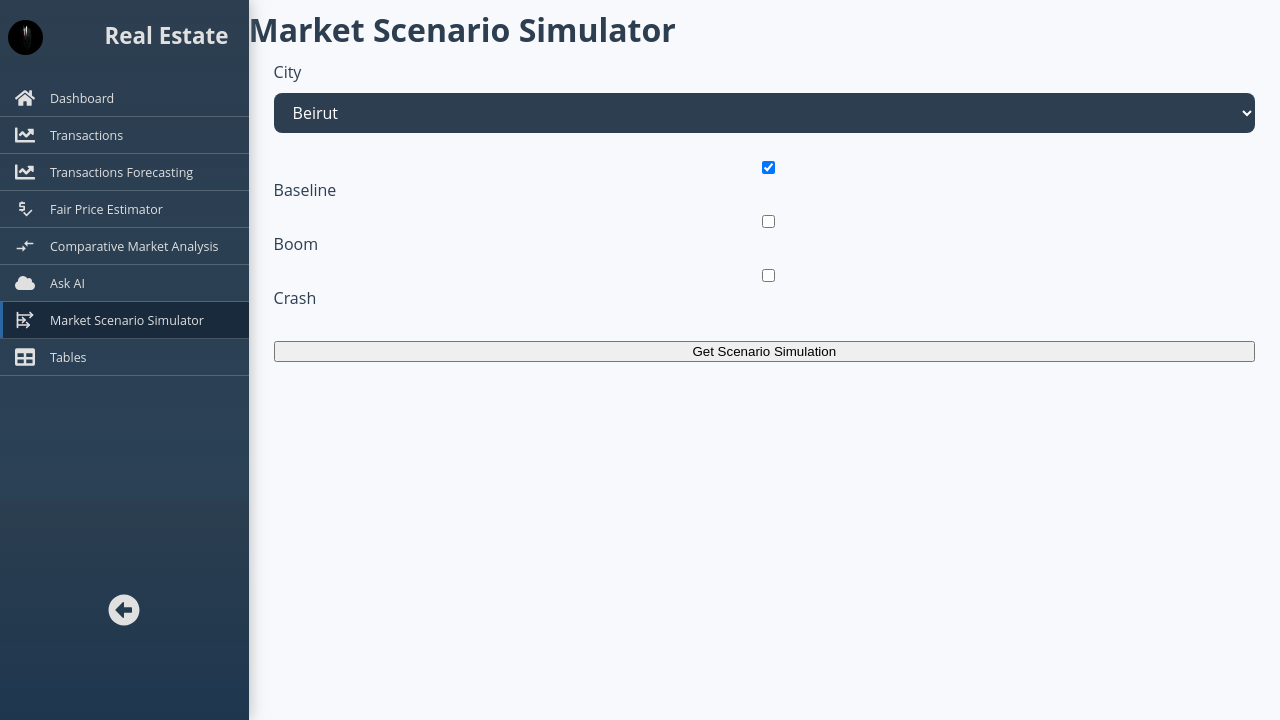
Repository: ZainabJammal/real-estate-system
Page: /market_simulator (app in frontend/)
The author's editor kept a copy of each file at every save. The page is drawn from the files as they stood at one save, then again after the next save.
The browser window is 1280 px wide. The pictures show the whole page.
An inner scrolling area shows only its first screen. The project was rebuilt for these pictures with package versions that can differ from the ones it lists, and the page was loaded fresh each time. Also part of the build but not shown: frontend/vite.config.js, frontend/src/Components/CustomCard/Custom.css, frontend/src/Components/CustomCard/Custom.jsx, frontend/src/Components/BarChart/BarChartComponent.css, frontend/src/Components/BarChart/BarChartComponent.jsx, frontend/src/Components/MainCard/MainCard.css, frontend/src/Components/MainCard/MainCard.jsx, frontend/src/Functions/apiLogic.js and 18 more.

Above is the page before, as saved 2025-08-09 20:38:07.

### frontend/index.html
<!DOCTYPE html>
<html lang="en">
  <head>
    <meta charset="UTF-8" />
    <link rel="icon" type="image/svg+xml+png+jpg" href="./src/images/2.png" />
    <link
      rel="stylesheet"
      href="https://unpkg.com/leaflet@1.9.4/dist/leaflet.css"
      integrity="sha256-p4NxAoJBhIIN+hmNHrzRCf9tD/miZyoHS5obTRR9BMY="
      crossorigin=""
    />
    <meta name="viewport" content="width=device-width, initial-scale=1.0" />
    <title>Real Estate</title>

  </head>
  <body>
    <div id="root"></div>
    <script type="module" src="/src/main.jsx"></script>
    <script
      src="https://unpkg.com/leaflet@1.9.4/dist/leaflet.js"
      integrity="sha256-20nQCchB9co0qIjJZRGuk2/Z9VM+kNiyxNV1lvTlZBo="
      crossorigin=""
    ></script>
  </body>
</html>

### frontend/src/index.css
:root {
  /* Primary Colors */
  --primary-deep-blue: #2c3e50;
  --primary-deep-blue-p: #1d364ef0;
  --primary-cool-gray: #95a5a6;

  /* Secondary Colors */
  --secondary-emerald-green: #358f5a78;
  --secondary-amber-gold: #f1c71e;
  --secondary-light-navy: #2a67a4a1;

  /* Background Colors */
  --background-soft-white: #dde3e3;
  --background-light-gray-f: #ccced0;
  --background-light-gray-p: #bdc3c749;
  --background-light-white-p: #eaeef6de;

  /* Action Colors */
  --action-cyan-blue: #1abc9c;
  --action-crimson-red: #e74c3c;
}

body,
html {
  height: 100%;
  overflow: hidden;
  box-sizing: border-box;
  margin: 0;
  padding: 0;
  color: var(--primary-deep-blue);
  font-family: Cantarell, "Open Sans", "Helvetica Neue", sans-serif;
}

#root {
  height: 100%;
  box-sizing: border-box;
}

### frontend/src/App.jsx
import { useState } from "react";
import { BrowserRouter as BR, Router, Route, Routes } from "react-router-dom";
import "./App.css";
import Sidebar from "./Components/Sidebar/Sidebar";
import Dashboard from "./Pages/Dashboard/Dashboard";
import Transactions from "./Pages/Dashboard/Transactions";
import Tables from "./Pages/Dashboard/Tables";
// import Ask_AI from "./Pages/Dashboard/Ask_AI";
import { QueryClient, QueryClientProvider } from "@tanstack/react-query";
import ChatAssistant from "./Pages/ChatAssistant";
import TransactionsForecasting from "./Pages/TransactionsForecasting";
import PriceEstimator from "./Pages/PriceEstimator";
import MarketComparison from "./Pages/MarketComparison";
import MarketSimulator from "./Pages/MarketSimulator";

const queryClient = new QueryClient();

function App() {
  return (
    <QueryClientProvider client={queryClient}>
      <BR>
        <div className="app">
          <Sidebar />

          <Routes>
            <Route path="/" element={<Dashboard />} />
            <Route path="/transactions" element={<Transactions />} />
            {/* <Route path="/ask_ai" element={<Ask_AI />} /> */}

            <Route path="/transactions_forecasting" element={<TransactionsForecasting />} />
            <Route path="/price_estimator" element={<PriceEstimator />} />
            <Route path="/market_comparison" element={<MarketComparison />} />
            <Route path="/chatbot" element={<ChatAssistant />} />
            <Route path="/market_simulator" element={<MarketSimulator />} />
            <Route path="/tables" element={<Tables />} />
          </Routes>
        </div>
      </BR>
    </QueryClientProvider>
  );
}

export default App;

### frontend/src/App.css
.app {
  height: 100%;
  margin: auto;
  box-sizing: border-box;
  background-color: var(--background-soft-white);
  position: relative;

  display: flex;
  h1 {
    margin: 0;
  }
}

### frontend/src/Components/Sidebar/Sidebar.jsx
import React, { useState } from "react";
import "./Sidebar.css";
import Name from "../NameCard/Name";
import Menu from "../MenuCard/Menu";
import { FaArrowAltCircleLeft } from "react-icons/fa";

function Sidebar() {
  const [isMinimized, setMinimized] = useState(false);
  const toggleSidebar = () => {
    setMinimized((prev) => !prev);
  };
  return (
    <div className={`sidebar ${isMinimized ? "minimized" : ""}`}>
      <div className="navmenu">
        <Name isMinimized={isMinimized} />
        <Menu isMinimized={isMinimized} />
      </div>
      <div className="logout-container">
        <div className={`logout ${isMinimized ? "minimized" : ""}`}>
          <FaArrowAltCircleLeft onClick={toggleSidebar} />
        </div>
      </div>
    </div>
  );
}

export default Sidebar;

### frontend/src/Components/Sidebar/Sidebar.css
.sidebar {
  flex: 0 0 190px;
  display: flex;
  flex-direction: column;
  height: 100%;
  /* background-color: var(--primary-deep-blue); */
  background-image: linear-gradient(
    to bottom,
    var(--primary-deep-blue),
    var(--primary-deep-blue-p)
  );
  margin: 0;
  justify-content: space-between;
  box-sizing: border-box;
  box-shadow: 0px 0px 15px rgba(128, 128, 128, 0.562);
  z-index: 10;
}

.sidebar.minimized {
  flex: 0 0 20px;
}

.navmenu {
  flex: 3;
  overflow: hidden;
}

.logout-container {
  flex: 0 0 220px;
  display: flex;
  justify-content: center;
  align-items: center;
  padding: 5px;
  flex-direction: column;
  height: 100%;
  /* background-color: var(--primary-deep-blue); */
  background-image: linear-gradient(
    to bottom,
    var(--primary-deep-blue),
    var(--primary-deep-blue-p)
  );
  margin: 0;
  box-sizing: border-box;
  transition: flex-basis 0.3s ease-in-out;
}

.logout {
  width: 100%;
  display: flex;
  justify-content: center;
  align-items: center;
  font-size: 2rem;
  color: var(--background-light-gray-f);
  &:hover {
    cursor: pointer;
    color: var(--background-soft-white);
  }
  transition: transform 0.3s ease-in-out;
}

.logout.minimized {
  transform: rotate(180deg);
}

@media (max-width: 768px) {
  .sidebar {
    transform: translateX(-100%);
    position: absolute;
    transition: transform 0.3s ease;
  }
}

### frontend/src/Components/NameCard/Name.jsx
import React from "react";
import "./Name.css";

function Name({ isMinimized = false }) {
  return (
    <ul className={`name ${isMinimized ? "minimized" : ""}`}>
      <li>
        <img src="../src/images/1.jpg" alt="avatar.png" />
      </li>
      {isMinimized ? (
        ""
      ) : (
        <li>
          <h1>Real Estate</h1>
        </li>
      )}
    </ul>
  );
}

export default Name;

### frontend/src/Components/MenuCard/Menu.jsx
import React, { useEffect, useState } from "react";
import "./Menu.css";
import {
  FaChartArea,
  FaCloud,
  FaFileContract,
  FaHome,
  FaLightbulb,
  FaList,
  FaPage4,
  FaPaperPlane,
  FaPhoneAlt,
} from "react-icons/fa";
import { Link, useLocation } from "react-router-dom";
import { menu_paths } from "../../Functions/getPages";

function Menu({ isMinimized = false }) {
  const path = useLocation();
  const [activePage, setActivePage] = useState(null);

  function handleClick(path) {
    setActivePage(path);
  }

  useEffect(() => {
    setActivePage(path.pathname);
  }, [path]);

  return (
    <div className="section">
      <ul className={`item-list ${isMinimized ? "minimized" : ""}`}>
        {menu_paths.map((path, _idx) => (
          <Link
            to={path.path}
            key={_idx}
            style={{ textDecoration: "none", color: "inherit" }}
          >
            <li
              className={`item ${isMinimized ? "minimized" : ""} ${
                activePage === path.path ? "clicked" : ""
              }`}
              aria-label={path.name}
              onClick={() => handleClick(path.path)}
            >
              <path.icon size={"20px"} className="menu-icon" />
              {!isMinimized && <span className="menu-text">{path.name}</span>}
            </li>
          </Link>
        ))}
      </ul>
    </div>
  );
}

export default Menu;

### frontend/src/Pages/TransactionsForecasting.css

:root {
  --background-soft-white: #f7f9fc;
  --background-light-gray-f: #e0e0e0;
  --background-light-white-p: #ffffff;
  --primary-cool-gray: #a9a9a9; /* Guessed from your hover effect */
  --text-dark: #2c3e50;
}

.forecasting-layout {
  flex: 1 0;
  width: 100%;
  background-color: var(--background-soft-white);
  padding: 8px 0;
  display: flex;
  flex-direction: column;
  position: relative;
  font-family: 'Cantarell', 'Open Sans', 'Helvetica Neue', sans-serif;
}

.forecasting-content {
  width: 100%;
  display: flex;
  flex-direction: column;
  overflow-y: auto;
}

.forecasting-title {

  display: flex;
  justify-content: space-between;
  align-items: center;
  margin: 0 25px;
  padding: 10px 0;
  border-bottom: 2px solid var(--background-light-gray-f);
  color: var(--text-dark);
  font-weight: 600;
}

.forecasting-components {
  display: grid;
  gap: 20px;
  margin: 20px 25px;
  position: relative;
  max-width: 100%;
}

.form-card, .chart-card {
  padding: 25px;
  background-color: var(--background-light-white-p);
  box-shadow: 0 0 1px 0px rgba(0, 0, 0, 0.563);
  border-radius: 5px;
  display: flex;
  flex-direction: column;
}

.form-card form {
  flex-direction: row;
  flex-wrap: wrap;
  display: flex;
  align-items: flex-start;
  gap: 20px; /* Spacing between form items */
}

.form-group {
  display: flex;
  flex-direction: column;
  gap: 2px;
}

.form-group label {
  font-size: 1rem;
  font-weight: 400;
  color: #2C3E50;
}

.form-group select {
  outline: none;
  border: 0;
  box-shadow: 0 0 1px 0;
  padding: 8px 15px;
  font-family: 'Cantarell', 'Open Sans', 'Helvetica Neue', sans-serif;
  font-weight: 400;
  min-width: 220px;
  cursor: pointer;
  background-color: #2C3E50;
  color: #ffffff;
}

.form-card button {
  padding: 10px 30px;
  font-family: 'Cantarell', 'Open Sans', 'Helvetica Neue', sans-serif;
  font-weight: 600;
  font-size: 1rem;
  border-radius: 5px;
  cursor: pointer;
  transition: all 0.3s ease;
  position: relative;
  background-color: transparent;
  border: 2px solid #2C3E50;
  color: #2C3E50;
}

.form-card button:hover {
  background-color: #2C3E50;
  color: #ffffff;
  transform: translateY(-2px) background-color #7593b2;
  box-shadow: 0 4px 8px rgba(0, 0, 0, 0.1);
}

.form-card button:disabled {
  background-color: #f0f0f0;
  border-color: #2C3E50;
  border: 2px solid #2C3E50;
  color: #66717c;
  cursor: not-allowed;
  transform: none;
  box-shadow: none;
}
.chart-wrapper {
  position: relative;
  height: 450px;
  width: 100%;
}

.status-message, .error-message {
  padding: 40px 20px;
  text-align: center;
  font-size: 1.1rem;
  color: #6c757d;
}

.error-message {
  color: #e74c3c;
  font-weight: 500;
}

### frontend/src/Pages/MarketSimulator.css

:root {
  --background-soft-white: #f7f9fc;
  --background-light-gray-f: #e0e0e0;
  --background-light-white-p: #ffffff;
  --primary-cool-gray: #a9a9a9;
  --text-dark: #2c3e50;
}

.market-simulator-layout {
  flex: 1 0;
  width: 100%;
  background-color: var(--background-soft-white);
  padding: 8px 0;
  display: flex;
  flex-direction: column;
  position: relative;
  font-family: 'Cantarell', 'Open Sans', 'Helvetica Neue', sans-serif;
}

.market-simulator-content {
  width: 100%;
  display: flex;
  flex-direction: column;
  overflow-y: auto;
}

. -title {

  display: flex;
  justify-content: space-between;
  align-items: center;
  margin: 0 25px;
  padding: 10px 0;
  border-bottom: 2px solid var(--background-light-gray-f);
  color: var(--text-dark);
  font-weight: 600;
}

/*
.comparison-container {
  display: table;
  height: 100vh;
  justify-content: center;
  align-items: flex-start;
  padding: 2rem;
  background-color: #f4f7f9;
  width: 100%;
  /* min-height: 100vh; */
} */


.form-group {
  display: flex;
  flex-direction: column;
  gap: 2px;
}

.form-group label {
  font-size: 1rem;
  font-weight: 400;
  color: #2C3E50;
}

.form-group select {
  outline: none;
  border: 0;
  box-shadow: 0 0 1px 0;
  padding: 8px 15px;
  font-family: 'Cantarell', 'Open Sans', 'Helvetica Neue', sans-serif;
  font-weight: 400;
  min-width: 220px;
  cursor: pointer;
  background-color: #2C3E50;
  color: #ffffff;
}

.comparison-card {
  width: 100%;
  max-width: 500px;
  background: white;
  padding: 2rem 2.5rem;
  border-radius: 12px;
  box-shadow: 0 10px 30px rgba(0, 0, 0, 0.1);
  transition: all 0.3s ease-in-out;
}


.comparison-card h1 {
  color: #1a2a4c;
  text-align: center;
  margin-bottom: 2rem;
}

.form-group {
  margin-bottom: 1.5rem;
  animation: fadeIn 0.5s ease-in-out;
}

@keyframes fadeIn {
  from { opacity: 0; transform: translateY(-10px); }
  to { opacity: 1; transform: translateY(0); }
}

label {
  display: block;
  font-weight: 600;
  margin-bottom: 0.5rem;
  color: #555;
}

select,
input {
  width: 100%;
  padding: 0.8rem 1rem;
  border-radius: 8px;
  border: 1px solid #dcdcdc;
  font-size: 1rem;
  box-sizing: border-box;
  transition: border-color 0.2s, box-shadow 0.2s;
}

select:focus,
input:focus {
  outline: none;
  border-color: #007bff;
  box-shadow: 0 0 0 3px rgba(0, 123, 255, 0.2);
}


.form-card button {
  padding: 10px 30px;
  font-family: 'Cantarell', 'Open Sans', 'Helvetica Neue', sans-serif;
  font-weight: 600;
  font-size: 1rem;
  border-radius: 5px;
  cursor: pointer;
  transition: all 0.3s ease;
  position: relative;
  background-color: transparent;
  border: 2px solid #2C3E50;
  color: #2C3E50;

}

.form-card button:hover {
  background-color: #2C3E50;
  color: #ffffff;
  transform: translateY(-2px) background-color #7593b2;
  box-shadow: 0 4px 8px rgba(0, 0, 0, 0.1);
}

.form-card button:disabled {
  background-color: #f0f0f0;
  border-color: #2C3E50;
  border: 2px solid #2C3E50;
  color: #66717c;
  cursor: not-allowed;
  transform: none;
  box-shadow: none;
}
.area-address-group{
  display: flex;
  flex-direction: column;
  gap: 5px;
}

.status-message, .error-message {
  padding: 40px 20px;
  text-align: center;
  font-size: 1.1rem;
  color: #6c757d;
}

.error-message {
  color: #e74c3c;
  font-weight: 500;
}
/* Results Card Styling */
.results-card {
  margin-top: 2rem;
  padding: 2rem;
  border-radius: 8px;
  background-color: #e9f5ff;
  border: 1px solid #bde0fe;
  text-align: center;
  animation: fadeIn 0.5s ease-in-out;
}

.results-card h2 {
  margin-top: 0;
  color: #0056b3;
}

.results-card .price {
  font-size: 3rem;
  font-weight: bold;
  color: #004085;
  margin: 0.5rem 0;
}

.results-card .range {
  color: #555;
  font-size: 1rem;
}

.loader {
    border: 5px solid #f3f3f3;
    border-top: 5px solid #007bff;
    border-radius: 50%;
    width: 40px;
    height: 40px;
    animation: spin 1s linear infinite;
    margin: 2rem auto 0;
}

@keyframes spin {
    0% { transform: rotate(0deg); }
    100% { transform: rotate(360deg); }
}

.input-panel {
  background: white;
  padding: 2rem;
  border-radius: 12px;
  box-shadow: 0 4px 20px rgba(0, 0, 0, 0.08);
  margin-bottom: 2rem;
  display: flex;
  flex-wrap: wrap;
  gap: 2rem;
  align-items: flex-end;
}

.district-selectors, .filter-selectors {
  flex-grow: 1;

}

.district-selectors label, .filter-selectors label {
  font-weight: 600;
  color: #333;
  margin-bottom: 0.75rem;
  display: block;
}

.district-input-row {
  display: flex;
  align-items: center;
  margin-bottom: 0.75rem;
  gap: 0.5rem;
  width: 25%;
}


.district-input-row select {
  flex-grow: 1;
  padding: 0.7rem;
  border-radius: 6px;
  border: 1px solid #ccc;
  font-size: 1rem;
}

.add-btn {
  background: none;
  border: 1px dashed #007bff;
  color: #007bff;
  padding: 0.5rem 1rem;
  border-radius: 6px;
  cursor: pointer;
  display: flex;
  align-items: center;
  gap: 0.5rem;
  width:25%;
  font-weight: 500;
  margin-top: 0.5rem;
  transition: all 0.2s;

}

.add-btn:hover {
  background: #e6f2ff;
}

.remove-btn {

  background: #fde2e2;
  border: none;
  color: #c53030;
  width: 30px;
  height: 30px;
  border-radius: 50%;
  font-size: 1.2rem;
  line-height: 1;
  cursor: pointer;
  transition: all 0.2s;
}

.remove-btn:hover {
  background: #c53030;
  color: white;
}





/* --- Results Table --- */

/* Add these styles to your MarketComparison.css file */

.results-panel {
  background-color: #F7F9FC; /* A slightly lighter dark background */
  padding: 25px 30px;
  border-radius: 8px;
  margin-top: 30px;
  box-shadow: 0 4px 12px rgba(0, 0, 0, 0.2);
}

.results-panel h2 {
  margin-top: 0;
  border-bottom: 1px solid #444;
  padding-bottom: 15px;
  margin-bottom: 20px;
}

.comparison-table-container {
  overflow-x: auto; /* Allows table to be scrolled horizontally on small screens */
}

.comparison-table {
  width: 100%;
  border-collapse: collapse;
  font-size: 0.95em;
  text-align: left;
}

.comparison-table thead tr {
  background-color: F7F9FC;
  color: #ffffff;
  text-align: left;
  font-weight: bold;
}

.comparison-table th,
.comparison-table td {
  padding: 14px 16px;
  border-bottom: 1px solid #444; /* Separator lines */
  white-space: nowrap; /* Prevents text wrapping */
}

.comparison-table tbody tr {
  background-color: #F7F9FC; /* Dark row background */
  color: #f1f1f1;
  transition: background-color 0.2s ease-in-out;
}

.comparison-table tbody tr:last-of-type {
  border-bottom: 2px solid #555;
}

.comparison-table tbody tr:hover {
  background-color: #c9ced4; /* Hover effect for rows */
}

.comparison-table td strong {
    font-weight: 600;
    color: #103945;
     /* A nice highlight color for the district name */
}
.results-panel {
  animation: fadeIn 0.5s ease;
}

.results-panel h2 {
    text-align: center;
    margin-bottom: 1.5rem;
}

.comparison-table-container {
    overflow-x: auto; /* For responsiveness on small screens */
}

.comparison-table {
  width: 100%;
  border-collapse: collapse;
  background: white;
  border-radius: 8px;
  overflow: hidden;
  box-shadow: 0 4px 20px rgba(0, 0, 0, 0.05);
}

.comparison-table th, .comparison-table td {
  padding: 1.25rem 1rem;
  text-align: left;
  border-bottom: 1px solid #e0e0e0;
}

.comparison-table th {
  background-color: #f8f9fa;
  font-size: 1.1rem;
  color: #333;
}

.comparison-table td {
  font-size: 1.1rem;
  color: #555;
  text-align: right;
}

.comparison-table td:first-child, .comparison-table th:first-child {
  text-align: left;
  font-weight: 600;
  background-color: #f8f9fa;
}

.comparison-table td:first-child span {
    display: block;
    font-size: 0.8rem;
    color: #777;
    font-weight: 400;
}

.comparison-table tbody tr:last-child td {
  border-bottom: none;
}

.comparison-table tbody tr:nth-child(even) {
  background-color: #fdfdfd;
}

### frontend/src/Components/NameCard/Name.css
.name {
  display: flex;
  justify-content: space-between;
  box-sizing: border-box;
  padding: 20px 5px 20px 8px;
  margin: 0;
  white-space: nowrap;
  overflow: hidden;

  h1 {
    font-size: 1.4rem;
    color: var(--background-light-gray-f);
    padding-right: 15px;
    &:hover {
      cursor: pointer;
      color: var(--secondary-amber-gold);
    }
  }

  img {
    width: 35px;
    height: 35px;
    margin: 0;
    border-radius: 100%;
    box-sizing: border-box;
    position: relative;
  }
  transition: all 0.3s ease-in-out;
}

### frontend/src/Components/MenuCard/Menu.css
.section {
  display: flex;
  flex-direction: column;
  margin: 0;
  padding: 0;
}

ul {
  list-style-type: none;
  padding: 0;
  position: relative;

  li {
    align-items: center;
  }
}

.item {
  position: relative;
  border-bottom: 1px solid var(--background-light-gray-p);
  padding: 8px 15px;
  box-sizing: border-box;
  font-size: 0.78rem;
  text-align: center;
  display: flex;
  &:hover {
    cursor: pointer;
    background-color: var(--background-light-gray-f);
    color: var(--primary-deep-blue);
  }
  span {
    padding: 0 15px;
  }
  transition: transform 0.155s ease-in-out;
}

.item-list {
  display: flex;
  flex-direction: column;
  margin: 0;
  box-sizing: border-box;
  white-space: nowrap;
  color: var(--background-light-gray-f);
  flex: 2;
  transition: all 0.8s ease;
  position: relative;
}

.item-list.minimzed {
  white-space: nowrap;
  overflow: hidden;
}

.menu-icon {
  position: relative;
  transition: transform 0.3s ease; /* Optional: Smooth icon scaling */
}

.menu-text {
  opacity: 1;
  visibility: visible;
  transition: opacity 0.3s ease, visibility 0.3s ease;
}

.item.minimized .menu-text {
  opacity: 0;
  visibility: hidden;
}

.item.minimized .menu-icon {
  position: relative;
  padding: 0;
  margin: 0;
}

.item.clicked {
  background-color: #162738d7;
  &:hover {
    color: white;
  }
  transition: all 0.3s ease;
}

.item.clicked::before {
  content: "";
  position: absolute;
  top: 0;
  left: 0;
  bottom: 0;
  width: 3px;
  background-color: #2a67a4;
  color: var(--background-light-gray-f);
  transition: transform 0.5s ease-in-out;
}

Loaded but not shown: frontend/src/main.jsx (common file); frontend/src/Functions/getPages.js (53 lines, source omitted); frontend/src/Pages/MarketComparison.css (429 lines, source omitted); frontend/src/Pages/MarketSimulator.jsx (179 lines, source omitted); frontend/src/Pages/Dashboard/Page_Layout.css (224 lines, source omitted); frontend/src/Pages/PriceEstimator.css (227 lines, source omitted)

After the next save:
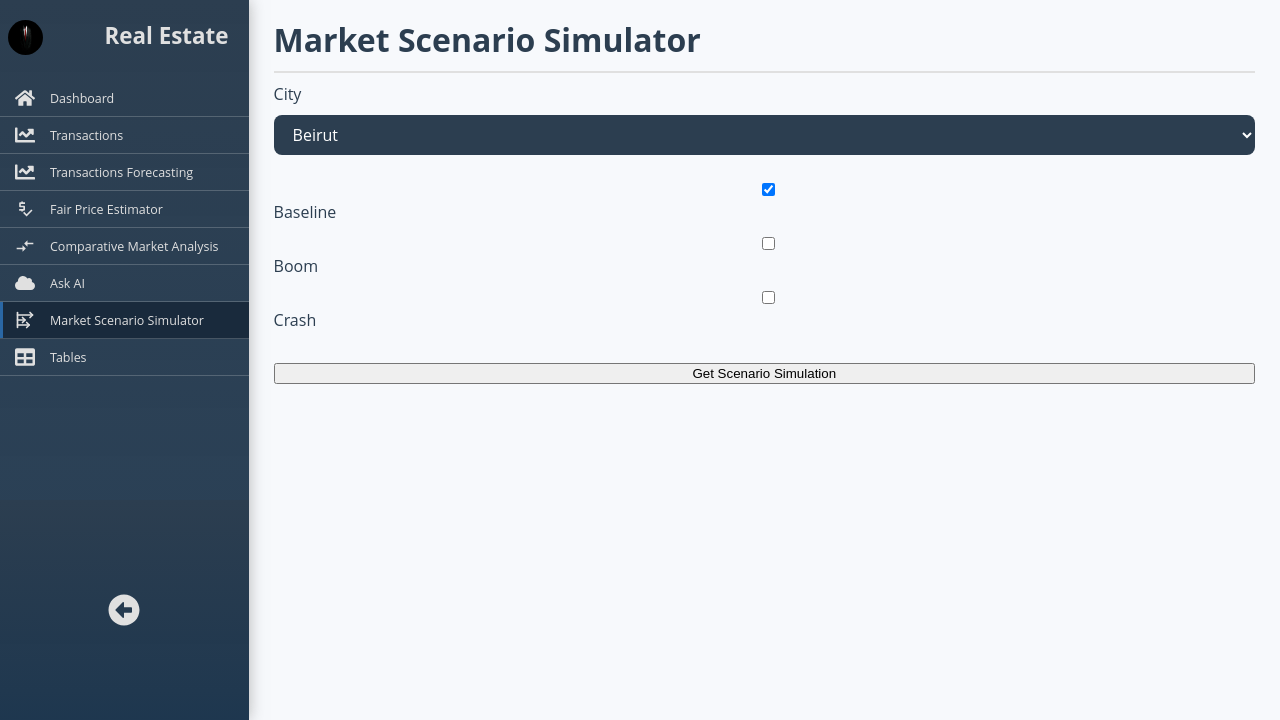
Saved 4 s later.
--- a/frontend/src/Pages/MarketSimulator.css
+++ b/frontend/src/Pages/MarketSimulator.css
@@ -25,7 +25,7 @@
   overflow-y: auto;
 }
 
-. -title {
+.market-simulator-title {
 
   display: flex;
   justify-content: space-between;
